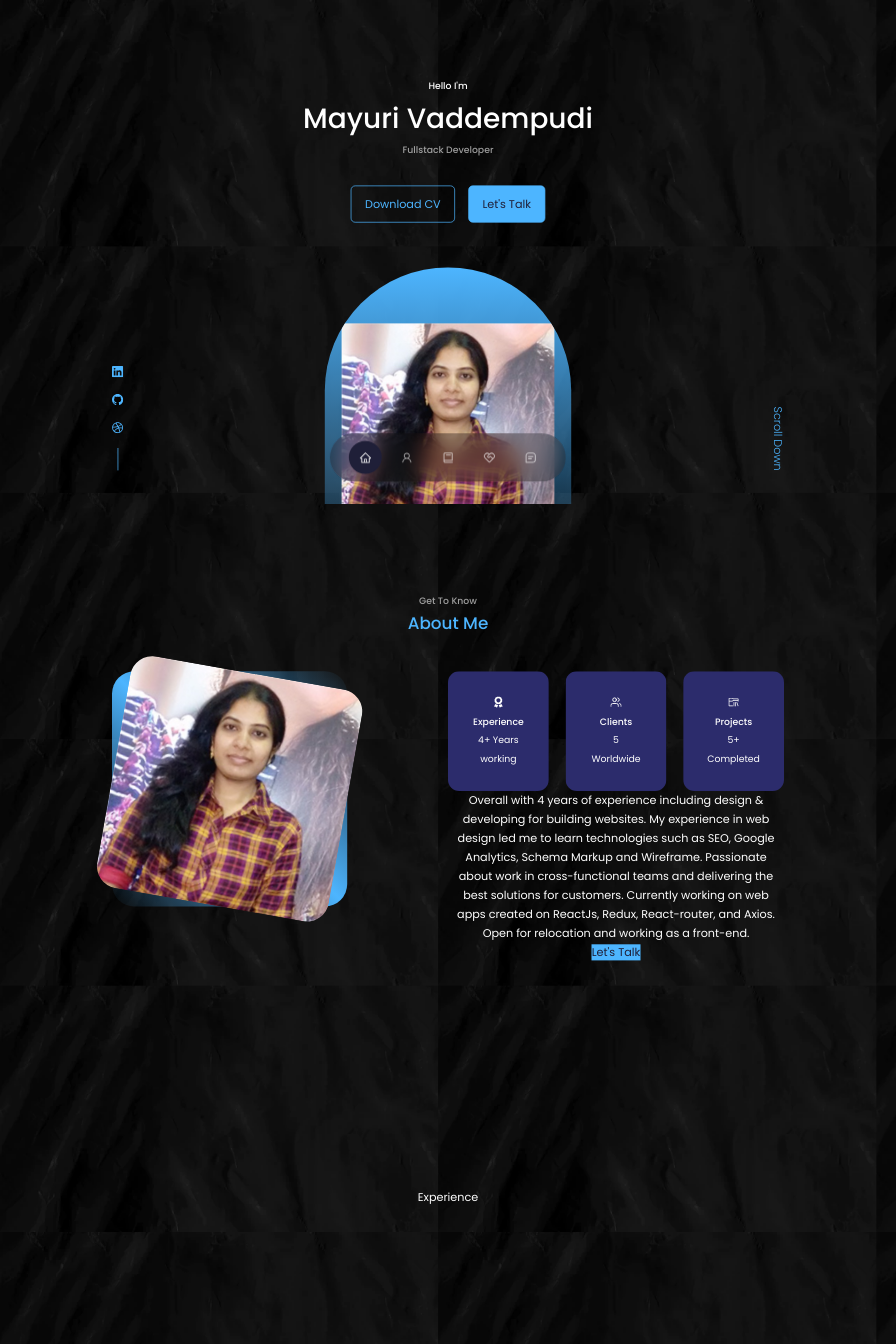
Repository: mayuri2018/Mr_react_portfolio
Page: /
An editor plug-in stored every save of this project. The page is shown before and after the next save, followed by the edit.
The browser window is 1280 px wide. The pictures show the part of the page from y = 0 to 1920 px (the page is 5835 px tall), at 70% of full size.
The pointer rests on the first visible `.about_card`.
The project was rebuilt for these pictures with package versions that can differ from the ones it lists, and the page was loaded fresh each time. Also part of the build but not shown: src/components/experience/experience.css, src/components/services/services.css, src/components/portfolio/portfolio.css, src/components/testimonials/testimonials.css, src/components/contact/contact.css, src/components/footer/footer.css.

Above is the page before, as saved 2023-01-25 13:39:41.

### public/index.html
<!DOCTYPE html>
<html lang="en">
  <head>
    <meta charset="utf-8" />
    <link rel="icon" href="%PUBLIC_URL%/favicon.ico" />
    <meta name="viewport" content="width=device-width, initial-scale=1" />
    <meta name="theme-color" content="#000000" />
    <meta
      name="description"
      content="Web site created using create-react-app"
    />
    <link rel="apple-touch-icon" href="%PUBLIC_URL%/logo192.png" />
    <!--
      manifest.json provides metadata used when your web app is installed on a
      user's mobile device or desktop. See https://developers.google.com/web/fundamentals/web-app-manifest/
    -->
    <link rel="manifest" href="%PUBLIC_URL%/manifest.json" />
    <!--
      Notice the use of %PUBLIC_URL% in the tags above.
      It will be replaced with the URL of the `public` folder during the build.
      Only files inside the `public` folder can be referenced from the HTML.

      Unlike "/favicon.ico" or "favicon.ico", "%PUBLIC_URL%/favicon.ico" will
      work correctly both with client-side routing and a non-root public URL.
      Learn how to configure a non-root public URL by running `npm run build`.
    -->
    <title>React portfolio</title>
  </head>
  <body>
    <noscript>You need to enable JavaScript to run this app.</noscript>
    <div id="root"></div>
    <!--
      This HTML file is a template.
      If you open it directly in the browser, you will see an empty page.

      You can add webfonts, meta tags, or analytics to this file.
      The build step will place the bundled scripts into the <body> tag.

      To begin the development, run `npm start` or `yarn start`.
      To create a production bundle, use `npm run build` or `yarn build`.
    -->
  </body>
</html>

### src/index.css
@import url('https://fonts.googleapis.com/css2?family=Poppins:wght@300;400;500;600&display=swap');
*{
  margin:0;
  padding: 0;
  border: 0;
  outline: 0;
  box-sizing:border-box;
  list-style: none;
  text-decoration: none;
}
:root{
  --color-bg:#1f1f38;
  --color-bg-variant:#2c2c6c;
  --color-primary:#4db5ff;
  --color-primary-vriant:rgba(77,181,255,0.4);
  --color-white:#fff;
  --color-light:rgba(255, 255, 255, 0.6);
  --transition: all 400ms;
  --container-width-lg:75%;
  --container-width-md:86%;
  --container-width-ms:90%;
}

html {
  scroll-behavior: smooth;
}

::-webkit-scrollbar{
  display: none;
}
body{
  font-family: "Poppins", sans-serif;
  background:var (--color-white);
  color: var(--color-white);
  line-height: 1.7;
  background-image: url(../src/assets/bg-texture.webp);
}
/*---------general style---------*/
.container{
  width: var(--container-width-lg);
  margin: 0 auto;
}

h1,
h2,
h3,
h4,
h5{
  font-weight:500;
}
h1{
  font-size: 2.5rem;
}
section{
  margin-top: 8rem;
  height: 100vh;
}
section > h2,
section >h5{
  text-align: center;
  color: var(--color-light);
}
section > h2{
  color: var(--color-primary);
  margin-bottom: 3rem;
}
.text-light{
  color: var(--color-light);
}
a{
  color: var(--color-primary);
  transition: var(--transition);
}
a:hover{
  color: var(--color-white);
}
.btn{
  width: max-content;
  display: inline-block;
  color: var(--color-primary);
  padding: 0.75rem 1.2rem;
  border-radius: 0.4rem;
  cursor: pointer;
  border: 1px solid var(--color-primary);
  transition: var(--transition);
}
.btn:hover{
  background: var(--color-white);
  color: var(--color-bg);
  border-color: transparent;
}
.btn-primary{
  background: var(--color-primary);
  color: var(--color-bg);
}
img{
  display: block;
  width: 100%;
  object-fit: cover;
}
/*----------Media Queries (Medium devices)-----*/
@media screen and (max-width: 1024px){
  .container{
    width: var(--container-width-md);
  }
  section{
    margin-top: 6rem;
  }

}
/*----------Media Queries (small devices)-----*/
@media screen and (max-width: 600px){
  .container{
    width: var(--container-width-md);
  }
  section > h2{
    margin-bottom: 2rem;
  }

}

### src/App.js
import logo from './logo.svg';
import './App.css';
import Header from "./components/header/Header";
import Nav from "./components/nav/Nav";
import About from "./components/about/About";
import Experience from "./components/experience/Experience";
import Services from "./components/services/Services";
import Portfolio from "./components/portfolio/Portfolio";
import Testimonials from "./components/testimonials/Testimonials";
import Contact from "./components/contact/Contact";
import Footer from "./components/footer/Footer";

function App() {
  return (
    <div className="App">
      <Header/>
      <Nav/>
      <About/>
      <Experience/>
      <Services/>
      <Portfolio/>
      <Testimonials/>
      <Contact/>
      <Footer/>

    </div>
  );
}

export default App;

### src/components/header/Header.jsx
import React from "react";
import "./header.css";
import ME from "../../assets/ME.jpeg";
import CTA from "./CTA";
import HeaderSocials from "./HeaderSocials";

export default function Header(){
    return(
        <header>
            <div className="container header_container">
                <h5>Hello I'm</h5>
                <h1>Mayuri Vaddempudi</h1>
                <h5 className="text-light">Fullstack Developer</h5>
                <CTA/>
                <HeaderSocials/>
                <div className="me">
                    <img src={ME} alt="me"/>
                </div>
                <a href="#contact" className="scroll_down">Scroll Down</a>
            </div>
        </header>

    )
}

### src/components/nav/Nav.jsx
import React from "react";
import "./nav.css";
import {AiOutlineHome} from "react-icons/ai";
import {BiBook} from "react-icons/bi";
import {AiOutlineUser} from "react-icons/ai";
import {RiServiceLine} from "react-icons/ri";
import {BiMessageSquareDetail} from "react-icons/bi";
import { useState } from "react";

export default function Nav(){
    const[activeNav, setActiveNav] = useState("#")
    return(
        <nav>
            <a href="#" onClick = {()=> setActiveNav("#")}className={activeNav === "#" ? "active" : ""}><AiOutlineHome/></a>
            <a href="#about" onClick = {()=> setActiveNav("#about")}className={activeNav === "#about" ? "active" : ""}><AiOutlineUser/></a>
            <a href="#experience" onClick = {()=> setActiveNav("#experience")}className={activeNav === "#experience" ? "active" : ""}><BiBook/></a>
            <a href="#services" onClick = {()=> setActiveNav("#services")}className={activeNav === "#services" ? "active" : ""}><RiServiceLine/></a>
            <a href="#contact" onClick = {()=> setActiveNav("#contact")}className={activeNav === "#contact" ? "active" : ""}><BiMessageSquareDetail/></a>
        </nav>

    )
}

### src/components/about/About.jsx
import React from "react";
import "./about.css";
import ME from "../../assets/ME.jpeg";
import{FaAward} from "react-icons/fa";
import{FiUsers} from "react-icons/fi";
import{VscFolderLibrary} from "react-icons/vsc";

export default function About(){
    return(
        <section id="about">
            <h5>Get To Know</h5>
            <h2>About Me</h2>
            <div className="container about_container">
                <div className="about_me">
                    <div className="about_me-image">
                        <img src={ME} alt="About-image"/>
                    </div>
                </div>

                <div className="about_content">
                    <div className="about_cards">
                        <article className="about_card">
                            <FaAward className="about_icon"/>
                            <h5>Experience</h5>
                            <small>4+ Years working</small>
                        </article>

                        <article className="about_card">
                            <FiUsers className="about_icon"/>
                            <h5>Clients</h5>
                            <small>5 Worldwide</small>
                        </article>

                        <article className="about_card">
                            <VscFolderLibrary className="about_icon"/>
                            <h5>Projects</h5>
                            <small>5+ Completed</small>
                        </article>
                    </div>
                    <p>
                    Overall with 4 years of experience including design & developing for building websites.
                    My experience in web design led me to learn technologies such as SEO, Google Analytics,
                    Schema Markup and Wireframe.
                    Passionate about work in cross-functional teams and delivering the best solutions for customers.
                    Currently working on web apps created on ReactJs, Redux, React-router, and Axios.
                    Open for relocation and working as a front-end.
                    </p>
                    <a href="#contact" className="btn-primary">Let's Talk</a>
                </div>
            </div>
        </section>
    )
}

### src/components/experience/Experience.jsx
import React from "react";
import "./experience.css";

export default function Experience (){
    return(
        <section id="experience">Experience</section>
    )
}

### src/components/services/Services.jsx
import React from "react";
import "./services.css";

export default function Services(){
    return(
        <section id="services">Services</section>
    )
}

### src/components/portfolio/Portfolio.jsx
import React from "react";
import "./portfolio.css";

export default function Portfolio(){
    return(
        <section id="portfolio">Portfolio</section>
    )
}

### src/components/testimonials/Testimonials.jsx
import React from "react";
import "./testimonials.css";

export default function Testimonials(){
    return(
        <section id="testimonials">Testimonials</section>
    )
}

### src/components/contact/Contact.jsx
import React from "react";
import "./contact.css";

export default function Contact(){
    return(
        <section id="contact">Contact</section>
    )
}

### src/components/footer/Footer.jsx
import React from "react";
import "./footer.css";

export default function Footer(){
    return(
        <div>Footer</div>
    )
}

### src/components/header/header.css
header{
    height: 100vh;
    padding-top: 7rem;
    overflow: hidden;
}
.header_container{
    text-align: center;
    height: 100%;
    position: relative;
}
/*------------CTA-----------*/
.cta{
    margin-top: 2.5rem;
    display: flex;
    gap: 1.2rem;
    justify-content: center;
}
/*------------headerSocials-----------*/
.header_socials{
    display: flex;
    flex-direction: column;
    align-items: center;
    gap: 0.8rem;
    position: absolute;
    left: 0;
    bottom: 3rem;
}
.header_socials::after{
    content: "";
    width: 1px;
    height: 2rem;
    background: var(--color-primary);
}
/*------------ME-----------*/
.me{
    background: linear-gradient(var(--color-primary), transparent);
    width: 22rem;
    height: 30rem;
    position: absolute;
    left: calc(50% - 11rem);
    margin-top: 4rem;
    border-radius: 12rem 12rem 0 0;
    overflow: hidden;
    padding: 5rem 1.5rem 1.5rem 1.5rem;
}
/*------------scroll down-----------*/
.scroll_down{
    position: absolute;
    right: -2.3rem;
    bottom: 5rem;
    transform: rotate(90deg);
    font-weight: 300;
    font-size: 0.9;
}
/*----------Media Queries (Medium devices)-----*/
@media screen and (max-width: 1024px){
    header{
        height: 68vh;
    }

  }
  /*----------Media Queries (small devices)-----*/
  @media screen and (max-width: 600px){
    header{
        height: 100vh;
    }
    .header_socials,
    .scroll_down{
        display: none;
    }
  }

### src/components/header/CTA.jsx
import React from "react";

export default function CTA(){
    return(
        <div className="cta">
           <a href="{CV}" className="btn">Download CV</a>
           <a href="#contact" className="btn btn-primary">Let's Talk</a>
        </div>
    )
}

### src/components/header/HeaderSocials.jsx
import React from "react";
import {BsLinkedin} from "react-icons/bs";
import {BsGithub} from "react-icons/bs";
import {FaDribbble} from "react-icons/fa";

export default function HeaderSocials(){
    return(
        <div className="header_socials">
            <a href="https://linkedin.com" target="_blank"><BsLinkedin/></a>
            <a href="https://github.com" target="_blank"><BsGithub/></a>
            <a href="https://dribble.com" target="_blank"><FaDribbble/></a>
        </div>
    )
}

### src/components/nav/nav.css
nav{
    background: rgba(0, 0, 0, 0.3);
    width: max-content;
    display: block;
    padding: 0.7rem 1.7rem;
    z-index: 2;
    position: fixed;
    left: 50%;
    transform: translate(-50%);
    bottom: 2rem;
    display: flex;
    gap: 0.8rem;
    border-radius: 3rem;
    backdrop-filter: blur(15px);
}
nav a{
    background: transparent;
    padding: 0.9rem;
    border-radius: 50%;
    display: flex;
    color: var(--color-light);
    font-size: 1.1rem;
}
nav a:hover{
    background:rgba(0, 0, 0, 0.3);
}
nav a.active{
    background: var(--color-bg);
    color: var(--color-white);
}

### src/components/about/about.css
.about_container{
    display: grid;
    grid-template-columns: 35% 50%;
    gap:15%;
}

.about_me{
    width: 100%;
    aspect-ratio: 1/1;
    border-radius: 2rem;
    background: linear-gradient(
        45deg,
        transparent,
        var(--color-primary),
        transparent);
    display: grid;
    place-items: center;
}

.about_me-image{
    border-radius: 2rem;
    overflow: hidden;
    transform: rotate(10deg);
    transition: var(--transition);
}

.about_me-image:hover{
    transform: rotate(0);
}
.about_cards{
    display: grid;
    grid-template-columns: repeat(3, 1fr);
    gap: 1.5em;
}

.about_card{
    background: var(--color-bg-variant);
    border: 1px solid transparent;
    border-radius: 1rem;
    padding: 2rem;
    text-align: center;
    transition: var(--transition);
}

Loaded but not shown: src/index.js (common file); src/reportWebVitals.js (common file); src/App.css (common file); public/manifest.json (common file)

After the next save:
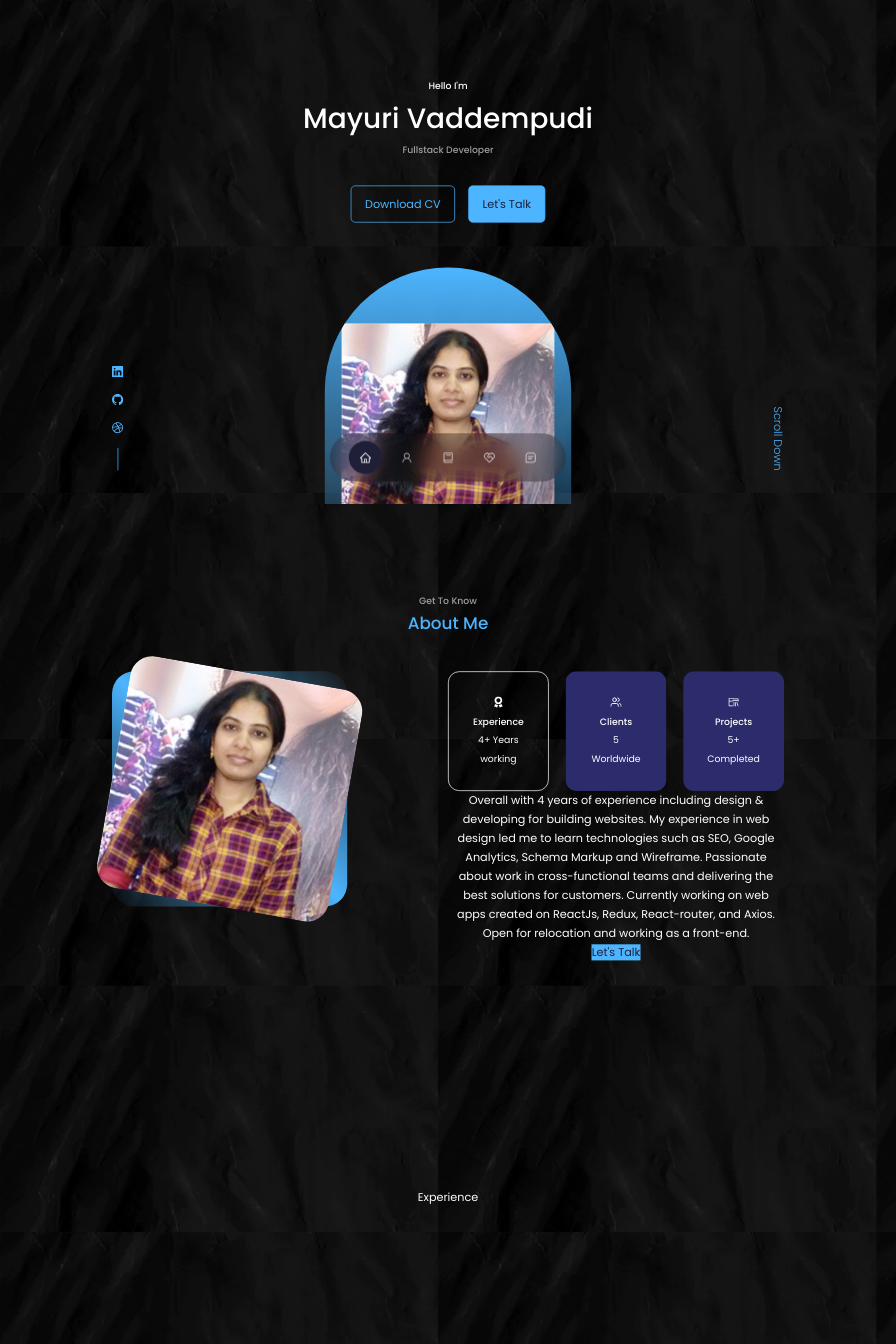
Saved 69 s later.
--- a/src/components/about/about.css
+++ b/src/components/about/about.css
@@ -41,3 +41,9 @@
     text-align: center;
     transition: var(--transition);
 }
+
+.about_card:hover{
+    background: transparent;
+    border-color: var(--color-primary-variant);
+    cursor: default;
+}
